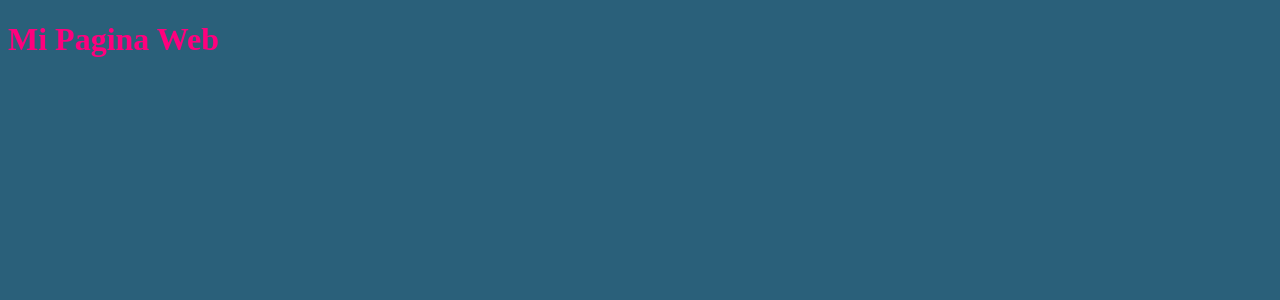
Repository: araque1990/PedroPiedraRota
Page: index.html
These files come from the project's save history. The page is drawn as it stood at one moment and after the next save; the edit follows.
The browser window is 1280 px wide. The pictures show the whole page.
The style sheet was rebuilt from its Sass, Less or Tailwind sources for each picture, by a compiler version that may differ from the author's.

Above is the page before, as saved 2023-03-13 15:59:38.

### index.html
<!DOCTYPE html>
<html lang="es">
<head>
    <meta charset="UTF-8">
    <meta http-equiv="X-UA-Compatible" content="IE=edge">
    <meta name="viewport" content="width=device-width, initial-scale=1.0">
    <title>Pedro "Piedra Rota"</title>
    <meta name="description" content="Rock Zaragoza, Pedro Piedra Rota, Sitio Web Oficial">
    <meta name="keywords" content="Rock Zaragoza, pagina oficial de Pedro Civera Sanchez, Pedro Piedra Rota">
    <link rel="preconnect" href="https://fonts.googleapis.com">
    <link rel="preconnect" href="https://fonts.gstatic.com" crossorigin>
    <link href="https://fonts.googleapis.com/css2?family=Montserrat:wght@300;400;700;900&display=swap" rel="stylesheet">
    <link rel="shortcut icon" href="img/icono/Guitarra.svg" type="image/svg">
    <link rel="stylesheet" href="build/css/app.css">
</head>
<body>
    <h1>Mi Pagina Web</h1>
</body>
</html>

### src/scss/app.scss
@use 'base/variables';
@use 'contenido/contenido';

### src/scss/base/_variables.scss


$primario: rgb(42, 96, 122);
$secundario: rgb(255, 0, 125);

### src/scss/contenido/_contenido.scss
@use 'base/variables' as v;

body {
  background-color: v.$primario;
}

h1 {
  color: v.$secundario;
}

After the next save:
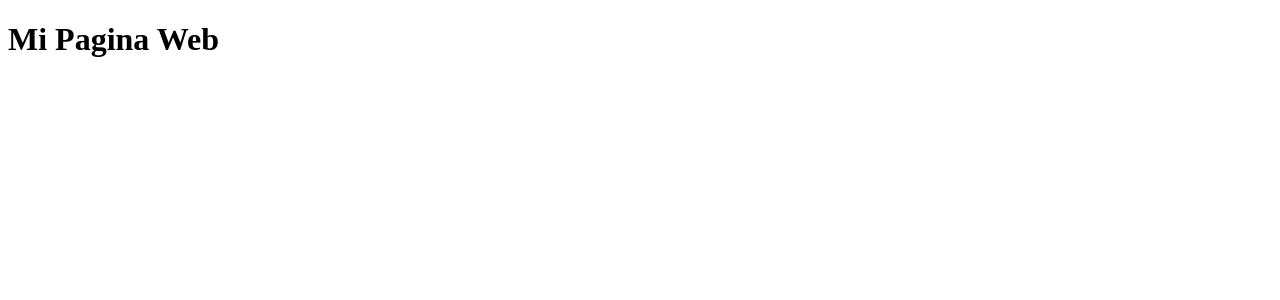
Saved 2 min 4 s later.
--- a/src/scss/app.scss
+++ b/src/scss/app.scss
@@ -1,2 +1 @@
 @use 'base/variables';
-@use 'contenido/contenido';
